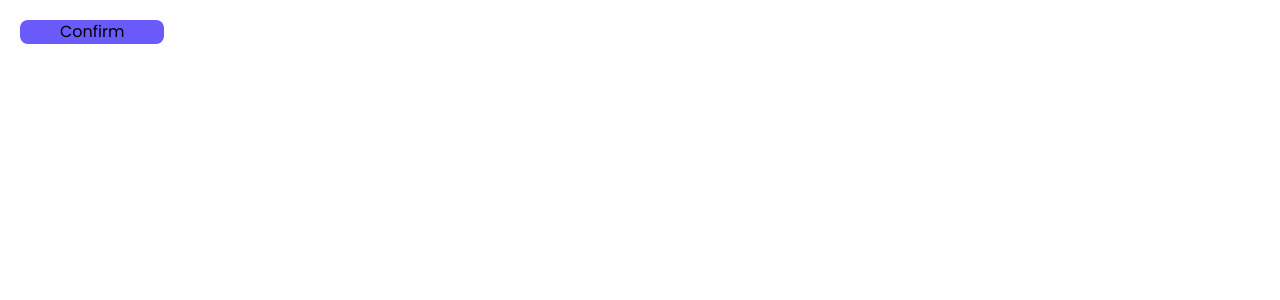
Repository: quangbeuu/Tailwind_learn
Page: Tailwind/index.html
These files come from the project's save history. The page is drawn as it stood at one moment and after the next save; the edit follows.
The browser window is 1280 px wide. The pictures show the whole page.

Above is the page before, as saved 2022-01-25 08:57:19.

After the next save:
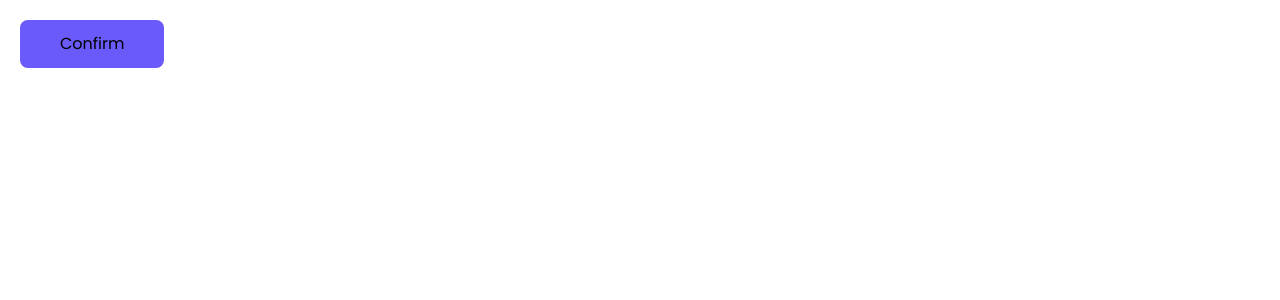
Saved 6 s later.
--- a/Tailwind/index.html
+++ b/Tailwind/index.html
@@ -44,6 +44,6 @@
         </div>
     </div> -->
     <!-- VD2: -->
-    <button class="inline-block py-5 px-10 m-5 text-whine bg-[#6A5AF9] rounded-lg">Confirm</button>
+    <button class="inline-block py-3 px-10 m-5 text-whine bg-[#6A5AF9] rounded-lg">Confirm</button>
 </body>
 </html>
